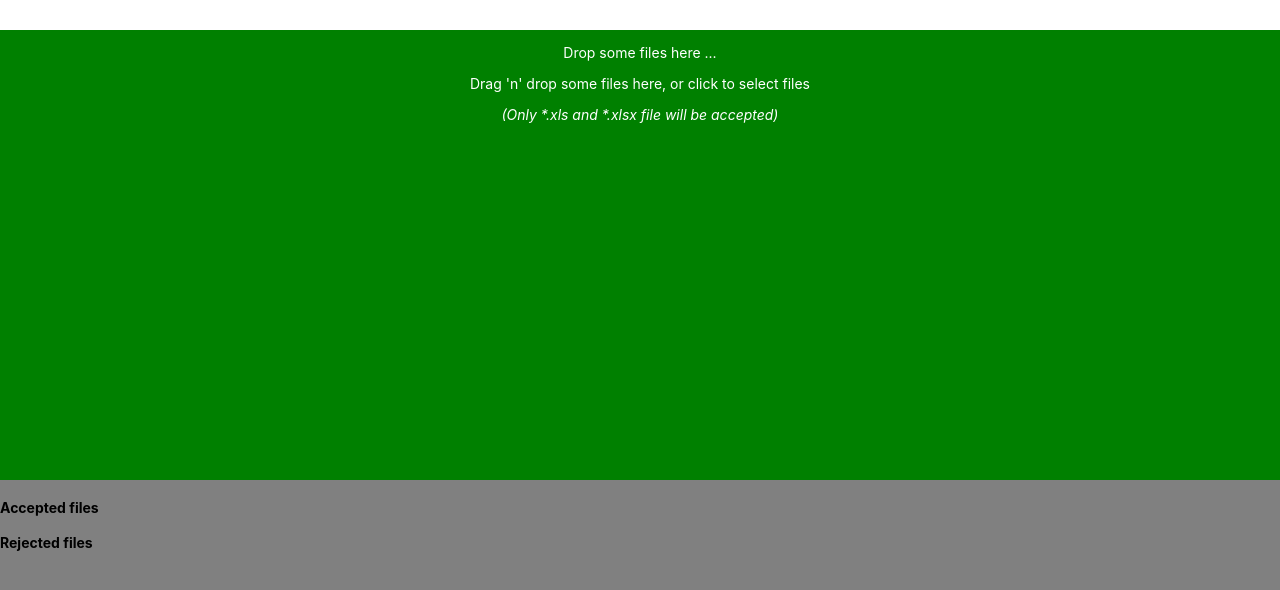
Repository: enigmawxy/abi2020
Page: /
These files come from the project's save history. The page is drawn as it stood at one moment and after the next save; the edit follows.
The browser window is 1280 px wide. The pictures show the whole page.
The page's requests for data from a server got no answer. The project was rebuilt for these pictures with package versions that can differ from the ones it lists, and the page was loaded fresh each time. No one was signed in, and anything a server would have sent is missing. Also part of the build but not shown: src/components/login/login.scss, src/components/login/login.jsx, src/common/header.scss, src/common/header.jsx, src/common/footer.scss, src/common/footer.jsx, src/components/register/content.scss, src/components/register/content.jsx and 3 more.

Above is the page before, as saved 2020-08-19 10:50:00.

### src/App.js
import React from 'react';
import './App.css';
import Login from './components/login/login'
import Register from './components/register/register';
import Accept from './common/Accept';
import Previews from './common/Previews'

function App() {
  return (
    <div className="App">
      <Accept/>
    </div>
  );
}

export default App;

### src/common/Accept.jsx
import React, { useState, useEffect } from 'react';
import {useDropzone} from 'react-dropzone';
import './Accept.scss'

function Accept(props) {
  const [curr, setFile] = useState('')
  const [currFile, setCurrFile] = useState(null)

  const {
    acceptedFiles,
    fileRejections,
    getRootProps,
    getInputProps,
    isDragActive,
    isDragAccept,
    isDragReject
  } = useDropzone({
    accept: ".csv,application/vnd.ms-excel,application/vnd.openxmlformats-officedocument.spreadsheetml.sheet"
  });

  useEffect(()=>{
    console.log(curr, currFile)
    let serverURL = "http://localhost:9093/manage/bi/uploadExcelTest"
    const xhr = new XMLHttpRequest();
    const fd = new FormData();
    xhr.onreadystatechange = function() {
      if (xhr.readyState === 4 && xhr.status === 200) {
          console.log(xhr.responseText)
      }
    };

    xhr.upload.addEventListener("progress", function(event) {
      if(event.lengthComputable){
          //setProgress(Math.ceil(event.loaded * 100 / event.total) + "%")
      }
    }, false);

    fd.append("file", currFile);
    xhr.open("POST", serverURL, true);
    xhr.send(fd);
  }, [curr])

  const acceptedFileItems = acceptedFiles.map(file => {
    // 上传文件, 下面几行代码是为了解决重复上传的问题，因为拖拽时
    // 这个功能不断被调用，文件都是同一个文件所以使用这两个变量来实现
    // 文件上传的动作在useEffect副作用中执行。
    if(curr == '') {
      setFile(file.name)
      setCurrFile(file)
    }
    else {
      if(curr !== file.name) {
        setFile(file.name)
        setCurrFile(file)
      }
    }

    return (
      <li key={file.path}>
        {file.path} - {file.size} bytes
      </li>
    )
  });

  const fileRejectionItems = fileRejections.map(({ file, errors }) => {
    console.log(file);
    return (
      <li key={file.path}>
        {file.path} - {file.size} bytes
        <ul>
          {errors.map(e => (
            <li key={e.code}>{e.message}</li>
          ))}
        </ul>
      </li>
  )});

  return (
    <section className="container">
      <div {...getRootProps({ className: 'dropzone' })}>
        <input {...getInputProps()} />
        {isDragAccept && (<p>All files will be accepted</p>)}
        {isDragReject && (<p>Some files will be rejected</p>)}
        {!isDragActive && (<p>Drop some files here ...</p>)}
        <p>Drag 'n' drop some files here, or click to select files</p>
        <em>(Only *.xls and *.xlsx file will be accepted)</em>
      </div>
      <aside>
        <h4>Accepted files</h4>
        <ul>{acceptedFileItems}</ul>
        <h4>Rejected files</h4>
        <ul>{fileRejectionItems}</ul>
      </aside>
    </section>
  );
}

export default Accept

### src/common/Accept.scss
.container {
    width: 100%;
    height: 100%;
    display: flex;
    flex-direction: column;
    .dropzone {
        height: 450px;
        margin-top: 30px;
        background: green;
        text-align: center;
        p, em {
            color: #fff;
        }
    }
    aside {
        flex: 1;
        background: gray;
    }
}

.progress-bar {
    border: 1px solid #000;
    .progress {
        width: 0;
        background: #DEDEDE;
        height: 20px;
    }
}

Loaded but not shown: src/index.js (common file); src/index.css (common file); src/serviceWorker.js (common file); src/App.css (common file)

After the next save:
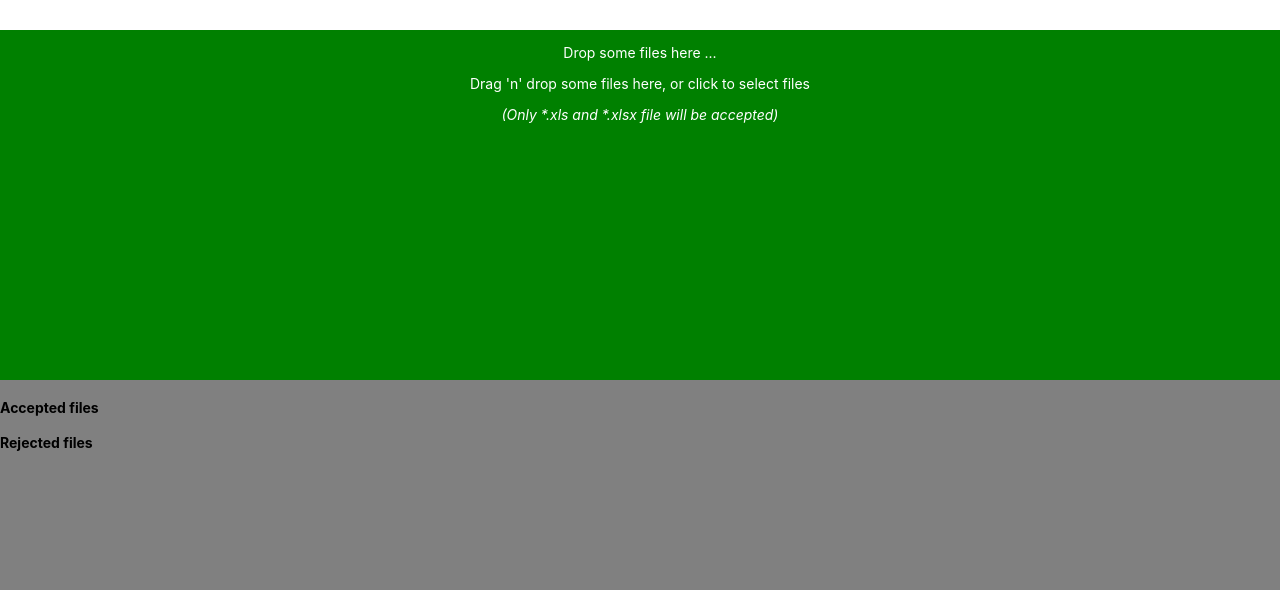
Saved 19 s later.
--- a/src/common/Accept.scss
+++ b/src/common/Accept.scss
@@ -4,7 +4,7 @@
     display: flex;
     flex-direction: column;
     .dropzone {
-        height: 450px;
+        height: 350px;
         margin-top: 30px;
         background: green;
         text-align: center;
